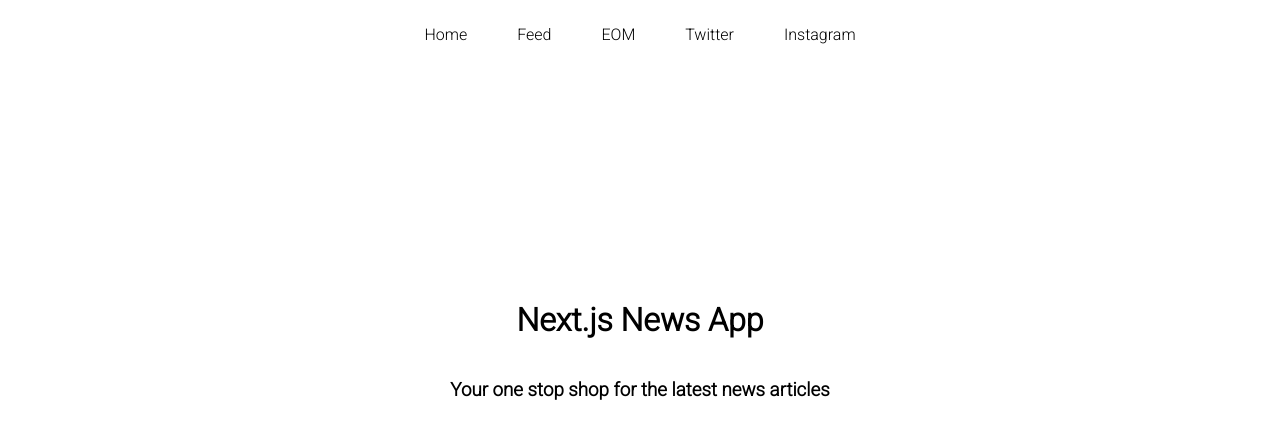
Repository: Krish-Sinha/next-news
Page: /
An editor plug-in stored every save of this project. The page is shown before and after the next save, followed by the edit.
The browser window is 1280 px wide. The pictures show the whole page.
The project was rebuilt for these pictures with package versions that can differ from the ones it lists, and the page was loaded fresh each time. The framework's server and built-in components were replaced by stand-ins that run in the browser. Also part of the build but not shown: next.config.js.

Above is the page before, as saved 2023-06-14 13:45:24.

After the next save:
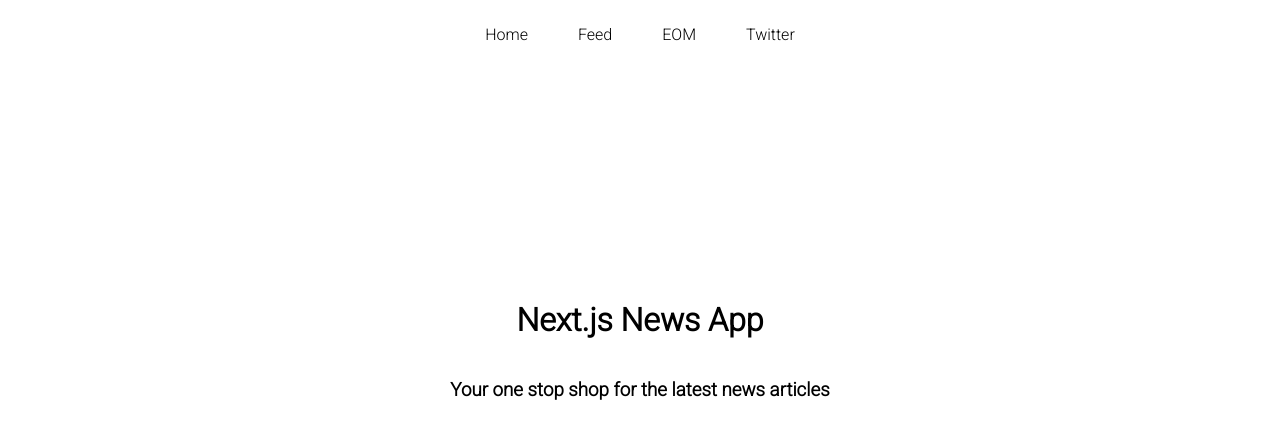
Saved 44 min 38 s later.
--- a/components/toolbar.js
+++ b/components/toolbar.js
@@ -15,12 +15,6 @@
 				}>
 				Twitter
 			</div>
-			<div
-				onClick={() =>
-					(window.location.href = "https://www.instagram.com/krishsinhaa/")
-				}>
-				Instagram
-			</div>
 		</div>
 	)
 }
